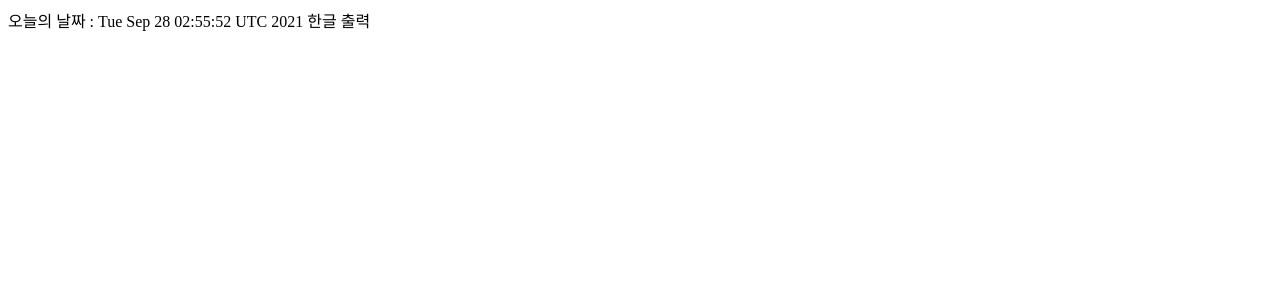
Repository: psg1415/jsp
Page: http://localhost/JSPBook/ch03/ex01.jsp
An editor plug-in stored every save of this project. The page is shown before and after the next save, followed by the edit.
The browser window is 1280 px wide. The pictures show the whole page.
The page is served by Tomcat 9. Nobody is signed in. The application's start-up code is not run. Other server files are loaded and not shown.

Above is the page before, as saved 2021-09-28 04:16:42.

### JSPBook/src/main/webapp/ch03/ex01.jsp
<%@ page contentType="text/html; charset=UTF-8" %>
<%@ page import="java.util.*" %>
<%--@ page pageEncoding="UTF-8" --%>
<html>
	<body>
		오늘의 날짜 : <%= Calendar.getInstance().getTime() %>
	</body>
</html>
한글 출력

After the next save:
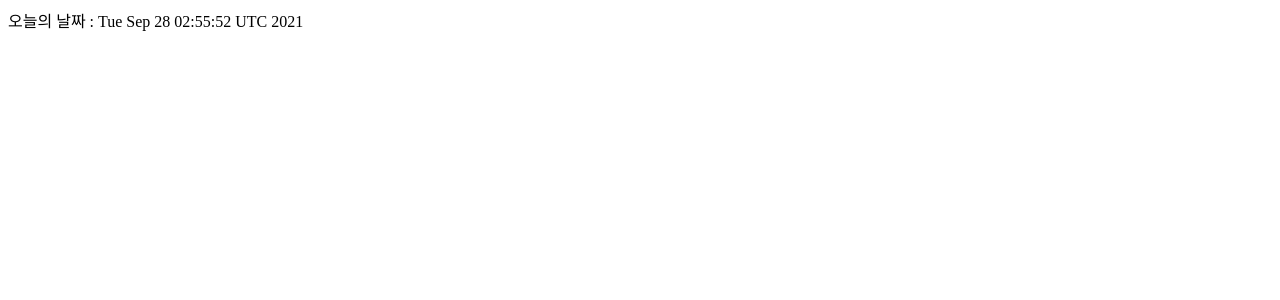
Saved 26 s later.
--- a/JSPBook/src/main/webapp/ch03/ex01.jsp
+++ b/JSPBook/src/main/webapp/ch03/ex01.jsp
@@ -1,9 +1,8 @@
 <%@ page contentType="text/html; charset=UTF-8" %>
-<%@ page import="java.util.*" %>
+<%@ page import="java.util.*, java.io.*" %>
 <%--@ page pageEncoding="UTF-8" --%>
 <html>
 	<body>
 		오늘의 날짜 : <%= Calendar.getInstance().getTime() %>
 	</body>
 </html>
-한글 출력
